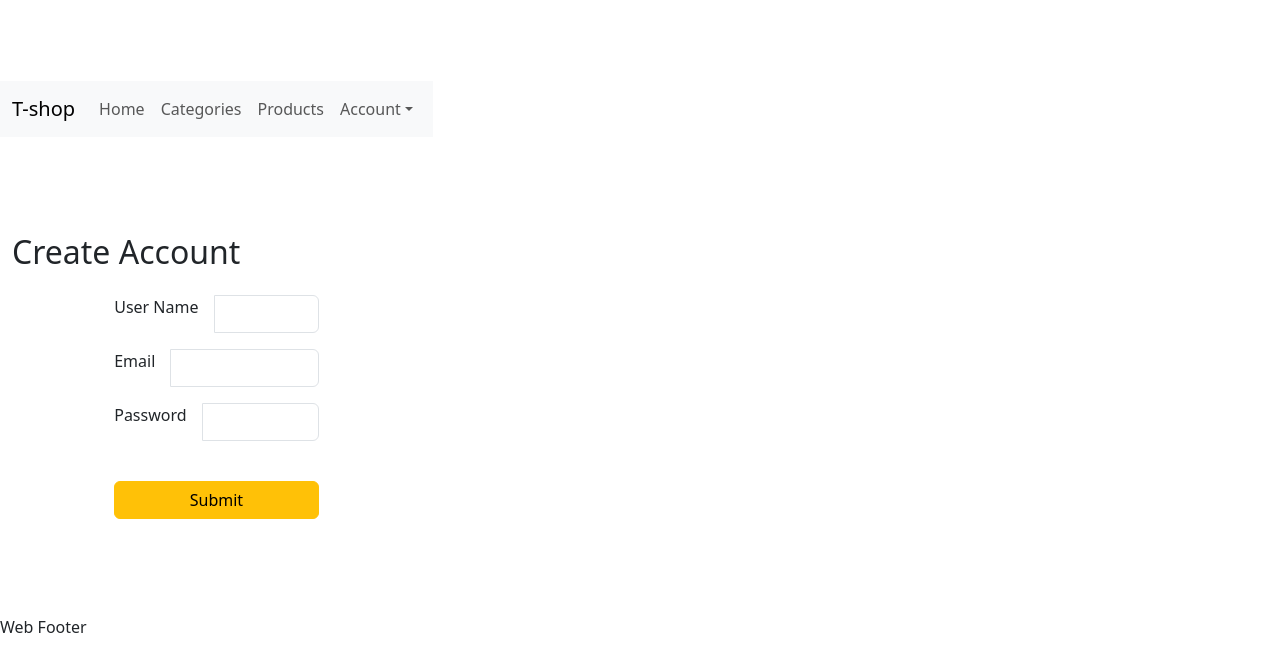
Repository: HadelAbdellatif/ecommerce1
Page: /register
These files come from the project's save history. The page is drawn as it stood at one moment and after the next save; the edit follows.
The browser window is 1280 px wide. The pictures show the whole page.
The project was rebuilt for these pictures with package versions that can differ from the ones it lists, and the page was loaded fresh each time. Also part of the build but not shown: vite.config.js, src/components/web/home/Home.jsx, src/components/web/categories/Categories.jsx, src/components/dashboard/navbar/Navbar.jsx, src/components/dashboard/footer/Footer.jsx, src/layouts/DashboardLayout.jsx, src/components/dashboard/home/Home.jsx, src/components/dashboard/categories/Categories.jsx.

Above is the page before, as saved 2023-11-25 15:15:23.

### src/main.jsx
import React from 'react'
import ReactDOM from 'react-dom/client'

import '../node_modules/bootstrap/dist/css/bootstrap.min.css'
import '../node_modules/bootstrap/dist/js/bootstrap.bundle.min.js'

import { ToastContainer } from 'react-toastify';
import 'react-toastify/dist/ReactToastify.css';

import App from './App.jsx'
import './index.css'

ReactDOM.createRoot(document.getElementById("root")).render(
  <App />
);

### src/App.jsx
import React from 'react'
import {router} from './layouts/Routes.jsx'
import axios from 'axios'
import { ToastContainer } from 'react-toastify';
import {createBrowserRouter, RouterProvider, } from "react-router-dom";



export default function App() {
  return (
    <RouterProvider router={router} />
  )
}

### src/layouts/Routes.jsx

import {createBrowserRouter, RouterProvider, } from "react-router-dom";

import Layout from "./Layout.jsx";
import Home from "./../components/web/home/Home.jsx";
import Categories from "./../components/web/categories/Categories.jsx";
import Register from "../components/web/register/Register.jsx";

import DashboardLayout from "../layouts/DashboardLayout.jsx";
import DashboardHome from "../components/dashboard/home/Home.jsx";
import DashboardCategories from "../components/dashboard/categories/Categories.jsx";


export const router = createBrowserRouter([
    {
      path: "/",
      element: <Layout />,
      children:[
        {
          path:'home',
          element: <Home />
        },
        {
          path:'categories',
          element: <Categories />
        },
        {
          path:'register',
          element: <Register />
        },
        {
          path:'*',
          element: <h2 className='fst-italic'>page not found --- web</h2>
        }
      ]
    },
    {
      path:"/dashboard",
      element: <DashboardLayout />,
      children:[
        {
          path:'home',
          element: <DashboardHome />
        },
        {
          path:'categories',
          element: <DashboardCategories />
        },
        {
          path:'*',
          element: <h2 className='fst-italic'>page not found --- dashboard</h2>
        }
      ]
    }

  ]);

### src/layouts/Layout.jsx
import React from 'react'
import Navbar from '../components/web/navbar/Navbar'
import Footer from '../components/web/footer/Footer'
import { Outlet } from 'react-router-dom'

export default function Layout() {
    return (
        <>
            <Navbar />
            <Outlet />
            <Footer />
        </>
    )
}

### src/components/web/register/Register.jsx
import React from 'react'
import Input from '../../shared/Input';
import { useFormik } from 'formik';
import { registerSchema } from '../Validate';

export default function Register() {

    const onSubmit = values => {
        console.log(values);
    }

    const initialValues = {
        userName: '',
        email: '',
        password: '',
    }

    const formik = useFormik({  //like backend
        initialValues
        ,
        onSubmit
        ,
        validationSchema: registerSchema
        /*  validate: values => {
              let errors = {};
              if (!values.userName) {
                  errors.userName = "user name is required";
              }
              if (!values.email) {
                  errors.email = "email is required";
              }
              if (!values.password) {
                  errors.password = "password is required";
              }

              return errors;
          }
          */
    });


    const inputs = [
        {
            id: 'username',
            type: 'text',
            name: 'userName',  //like backend
            title: 'User Name',
            value: formik.values.userName,  //like backend
        },
        {
            id: 'email',
            type: 'email',
            name: 'email', //like backend
            title: 'Email',
            value: formik.values.email, //like backend

        },
        {
            id: 'password',
            type: 'password',
            name: 'password', //like backend
            title: 'Password',
            value: formik.values.password, //like backend
        },
    ];


    const renderInputs = inputs.map((input, index) =>
        <Input
            type={input.type}
            id={input.id}
            name={input.name}
            title={input.title}
            value={input.value}
            onChange={formik.handleChange}
            errors={formik.errors}
            onBlur={formik.handleBlur}
            touched={formik.touched}
            key={index} />
    )


    return (
        <>
            <div className="container my-5 py-5">
                <h2>Create Account</h2>
                <div className='d-flex justify-content-center'>
                    <form onSubmit={formik.handleSubmit} className='w-50'>

                        {renderInputs}

                        <button type='submit' disabled={!formik.isValid} className='btn btn-warning w-100 mt-4'>Submit</button>

                    </form>
                </div>
            </div>

        </>
    )
}

### src/components/web/navbar/Navbar.jsx
import React from 'react'
import { Link } from 'react-router-dom'

export default function Navbar() {
  return (
    <>
      <nav className="navbar navbar-expand-lg bg-body-tertiary">
        <div className="container">
          <a className="navbar-brand" href="#">T-shop</a>
          <button className="navbar-toggler" type="button" data-bs-toggle="collapse" data-bs-target="#navbarSupportedContent" aria-controls="navbarSupportedContent" aria-expanded="false" aria-label="Toggle navigation">
            <span className="navbar-toggler-icon" />
          </button>
          <div className="collapse navbar-collapse" id="navbarSupportedContent">
            <ul className="navbar-nav m-auto mb-2 mb-lg-0">

              <li className="nav-item">
                <a className="nav-link" href="#">Home</a>
              </li>


              <li className="nav-item">
                <a className="nav-link" href="#">Categories</a>
              </li>


              <li className="nav-item">
                <a className="nav-link" href="#">Products</a>
              </li>


            </ul>
            <ul className="navbar-nav">
              <li className="nav-item dropdown">
                <a className="nav-link dropdown-toggle" href="#" role="button" data-bs-toggle="dropdown" aria-expanded="false">
                  Account
                </a>
                <ul className="dropdown-menu ">
                  <li><Link  to={"/register"} className="dropdown-item" href="#">register</Link></li>
                  <li><hr className="dropdown-divider" /></li>
                  <li><a className="dropdown-item" href="#">login</a></li>
                </ul>
              </li>
            </ul>

          </div>
        </div>
      </nav>

    </>
  )
}

### src/components/web/footer/Footer.jsx
import React from 'react'

export default function Footer() {
  return (
    <div>Web Footer</div>
  )
}

### src/components/shared/Input.jsx
import React from 'react'

export default function Input({ id, title, type = 'text', name, value, onChange, errors, onBlur, touched }) {
    return (
        <>
            <div className="input-group my-3">
                <label htmlFor={id} className='me-3'>{title}</label>
                <input type={type} name={name} className="form-control" id={id} value={value} onChange={onChange} onBlur={onBlur}/>
                {touched[name] && errors[name] && <p className='text text-danger mx-3'>{errors[name]}</p>}
            </div>
        </>
    )
}

### src/components/web/Validate.js
import * as yup from 'yup';

export const registerSchema = yup.object({
    userName: yup.string().required("username is required").min(3, "must be at least 3 char").max(30, "max is 30 char"),
    email: yup.string().required("email is required").email(),
    password: yup.string().required("password is required").min(3, "must be at least 3 char").max(30, "max is 30 char"),

})

Loaded but not shown: index.html (common file); src/index.css (common file)

After the next save:
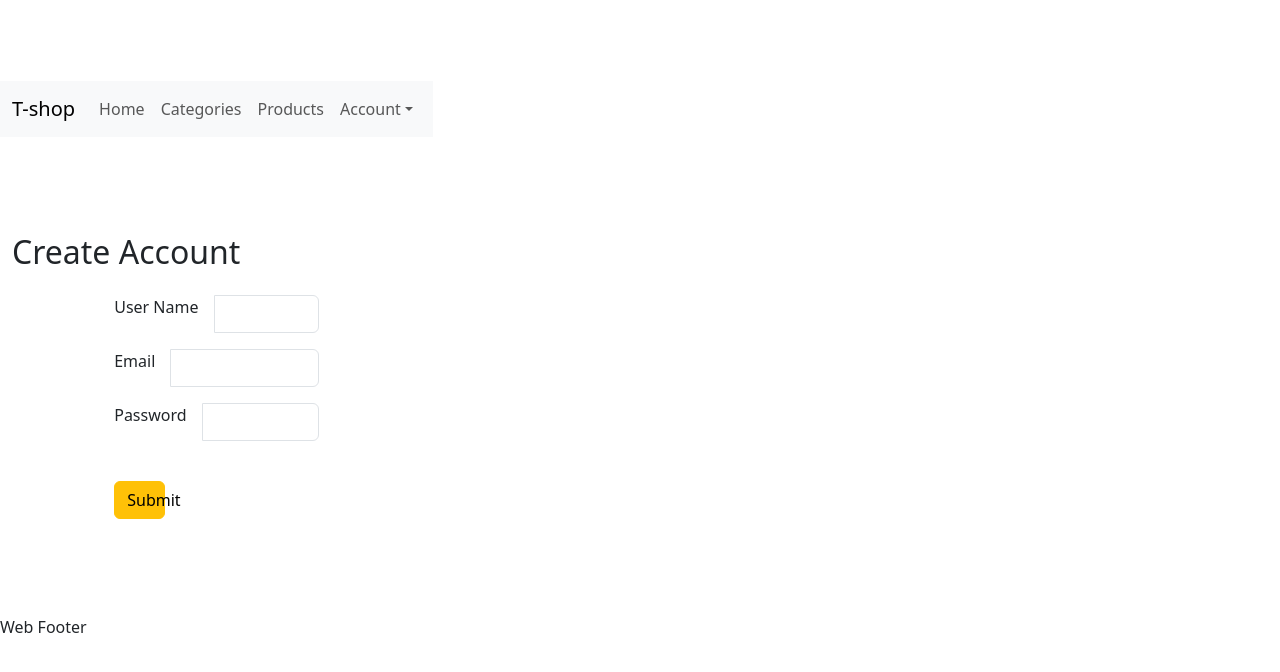
Saved 32 s later.
--- a/src/components/web/register/Register.jsx
+++ b/src/components/web/register/Register.jsx
@@ -89,7 +89,7 @@ export default function Register() {
 
                         {renderInputs}
 
-                        <button type='submit' disabled={!formik.isValid} className='btn btn-warning w-100 mt-4'>Submit</button>
+                        <button type='submit' disabled={!formik.isValid} className='btn btn-warning w-25 mt-4'>Submit</button>
 
                     </form>
                 </div>
